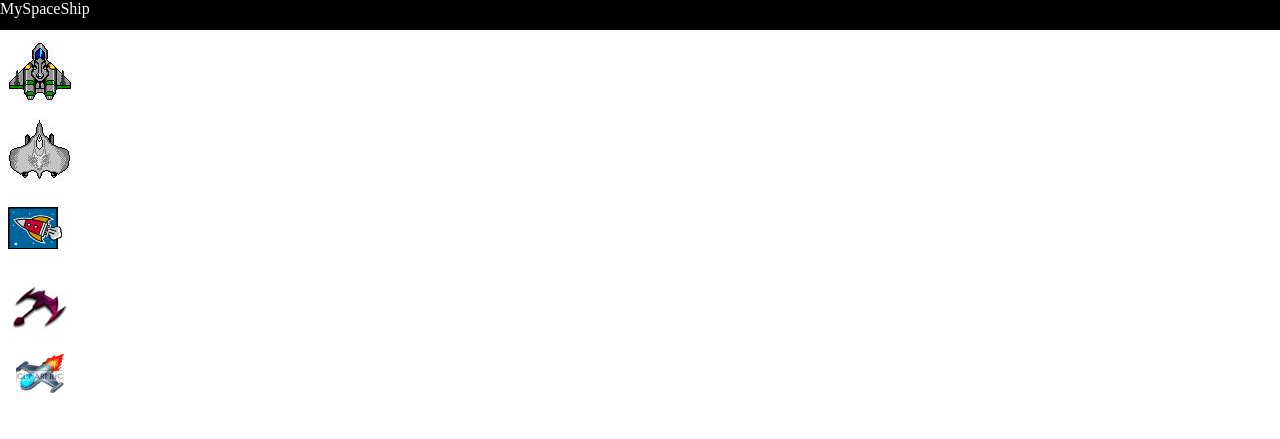
Repository: eudesf/MySpaceShip
Page: MySpaceShip/WebContent/formlayoutajax.html
These files come from the project's save history. The page is drawn as it stood at one moment and after the next save; the edit follows.
The browser window is 1280 px wide. The pictures show the whole page.
After loading, the first visible `#ship3` was clicked once.

Above is the page before, as saved 2012-03-19 17:24:32.

### MySpaceShip/WebContent/formlayoutajax.html
<!DOCTYPE html>

<html>
	<head>
		<meta charset="UTF-8">

		<title>MySpaceShip</title>

		<link rel="stylesheet" href="css/mainlayout.css" type="text/css" media="screen"/>
		<link rel="stylesheet" href="css/formlayout.css" type="text/css" media="screen"/>
		<link rel="stylesheet" href="css/jquery-ui/ui-lightness/jquery-ui-1.8.18.custom.css" type="text/css" media="screen"/>

		<script type="text/javascript" src="js/css3-mediaqueries.js"></script>
		<script type="text/javascript" src="js/jquery-1.7.1.min.js"></script>

		<script>
			$(function() {
				$("a.load-article").click(function() {
					$.get($(this).data("article"), function(data) {
						$("section").html(data);
					}, "html");
				});
				$("a.clean-article").click(function() {
					$("section").empty();
				});
				$("#ship3").click(function() {

				});
			});
		</script>
	</head>
	<body>

		<header>
			<h2>MySpaceShip</h2>
		</header>

		<nav>
			<a href="javascript:void(0)" class="load-article" data-article="articles/simpleform.html">
				<img src="images/ship1.jpg" alt="ship 1 - Simple Form"/>
			</a>
			<a href="javascript:void(0)" class="load-article" data-article="articles/simpleform2.html">
				<img src="images/ship2.jpg" alt="ship 2"/>
			</a>
			<a href="javascript:void(0)" id="ship3">
				<img src="images/ship3.jpg" alt="ship 3"/>
			</a>
			<a href="javascript:void(0)">
				<img src="images/ship4.jpg" alt="ship 4"/>
			</a>
			<a href="javascript:void(0)" class="clean-article">
				<img src="images/ship5.jpg" alt="ship 5"/>
			</a>
		</nav>

		<section>

		</section>

	</body>

</html>

### MySpaceShip/WebContent/css/mainlayout.css
/* reset from YUI 3 */
html{color:#000;background:#FFF;}body,div,dl,dt,dd,ul,ol,li,h1,h2,h3,h4,h5,h6,pre,code,form,fieldset,legend,input,textarea,p,blockquote,th,td{margin:0;padding:0;}table{border-collapse:collapse;border-spacing:0;}fieldset,img{border:0;}address,caption,cite,code,dfn,em,strong,th,var{font-style:normal;font-weight:normal;}li{list-style:none;}caption,th{text-align:left;}h1,h2,h3,h4,h5,h6{font-size:100%;font-weight:normal;}q:before,q:after{content:'';}abbr,acronym{border:0;font-variant:normal;}sup{vertical-align:text-top;}sub{vertical-align:text-bottom;}input,textarea,select{font-family:inherit;font-size:inherit;font-weight:inherit;}input,textarea,select{*font-size:100%;}legend{color:#000;}

@media screen and (min-width: 650px) {
	header {
		background: #000;
		color: #fff;
		height: 30px
	}

	nav {
		float: left;
		width: 80px;
	}

	nav a {
		display: block;
		text-align: center;
		padding-top: 10px;
	}

	section {
		position: absolute;
		left: 80px;
		right: 0px;
		top: 30px;
		bottom: 45px;
	}

	article {
		margin: 10px;
		border: 1px solid gray;
		padding: 10px 10px 10px 0;

		-moz-border-radius: 4px;
		-webkit-border-radius: 4px;
		border-radius: 4px;

		-moz-box-shadow:    2px 2px 3px 1px #ccc;
		-webkit-box-shadow: 2px 2px 3px 1px #ccc;
		box-shadow:         2px 2px 3px 1px #ccc;

		height: 100%;
	}

	article header {
		background: white;
		border: 0;
		color: black;
		font-size: 14;
		font-weight: bold;
		text-align: center;
	}
}

### MySpaceShip/WebContent/css/formlayout.css
@media screen and (min-width: 550px) {

	form, form div {
		letter-spacing: -7px;
	}

	form *, form div * {
		letter-spacing: -1px;
	}

	form div {
		display: inline-block;
		position: relative;
		margin-top: 5px;
	}

	form label {
		display: inline-block;
		width: 30%;
		vertical-align: middle;
		padding: 0 0 0 10px;

		border: 0;
		-webkit-box-sizing: border-box;
		-moz-box-sizing: border-box;
		box-sizing: border-box;
	}

	form input, form select {
		-webkit-box-sizing: border-box;
		-moz-box-sizing: border-box;
		box-sizing: border-box;

		position: relative;
		width: 70%;

		vertical-align: middle;
	}

	form.labelw20p > label {
		width: 20%;
	}

	form .w10p {
		width: 10%;
	}

	form .w20p {
		width: 20%;
	}

	form .w25p {
		width: 25%;
	}

	form .w30p {
		width: 30%;
	}

	form .w40p {
		width: 40%;
	}

	form .w50p {
		width: 50%;
	}

	form .w60p {
		width: 60%;
	}

	form .w70p {
		width: 70%;
	}

	form .w80p {
		width: 80%;
	}

	form .w100p {
		width: 100%;
	}
}

@media screen and (max-width: 550px) {
	label, input {
		display: block;
		width: 95%;
	}
	article {
		margin-left: 10px;
	}
}

Loaded but not shown: MySpaceShip/WebContent/css/jquery-ui/ui-lightness/jquery-ui-1.8.18.custom.css (library); MySpaceShip/WebContent/js/libs/css3-mediaqueries.js (library); MySpaceShip/WebContent/js/libs/jquery-1.7.1.min.js (library)

After the next save:
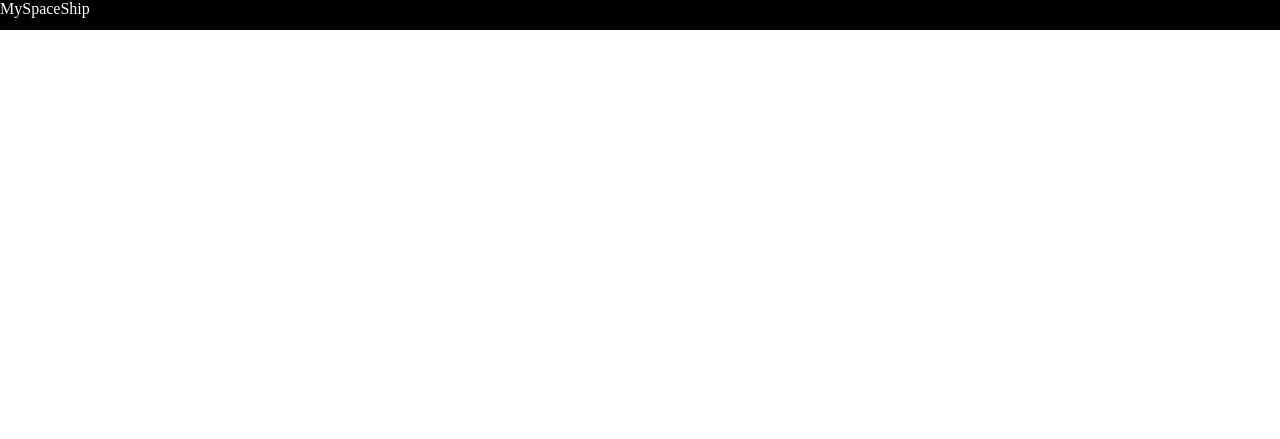
Saved 16 s later.
--- a/MySpaceShip/WebContent/formlayoutajax.html
+++ b/MySpaceShip/WebContent/formlayoutajax.html
@@ -24,7 +24,7 @@
 					$("section").empty();
 				});
 				$("#ship3").click(function() {
-
+					$("nav").fadeOut();
 				});
 			});
 		</script>
